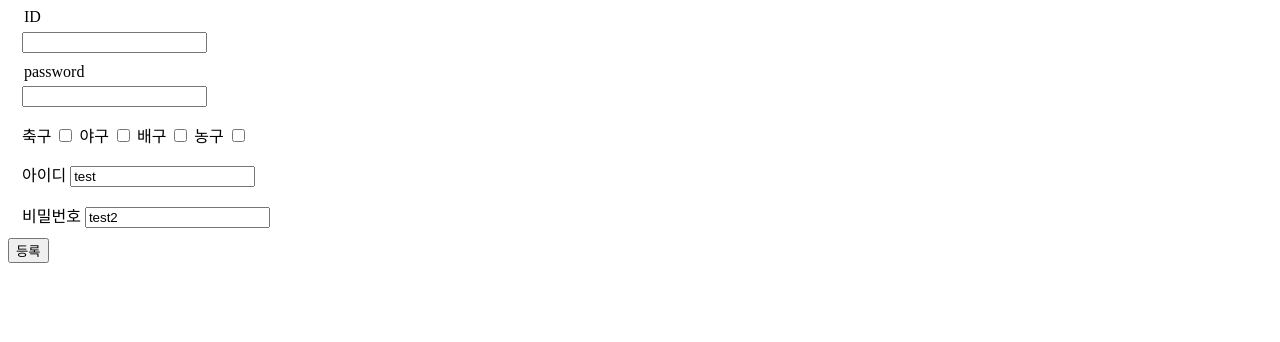
Repository: mireu930/Serverlet_App
Page: src/build/classes/webapp/template/sample_form.html
An editor plug-in stored every save of this project. The page is shown before and after the next save, followed by the edit.
The browser window is 1280 px wide. The pictures show the whole page.

Above is the page before, as saved 2025-02-07 16:20:15.

### src/build/classes/webapp/template/sample_form.html
<!DOCTYPE html>
<html lang="en">
<head>
  <meta charset="UTF-8">
  <meta name="viewport" content="width=device-width, initial-scale=1.0">
  <title>Document</title>
  <style>
    fieldset {
      border:0;
    }
  </style>
</head>
<body>
  <form>
    <fieldset>
      <legend>ID</legend>
      <input type = "text">
    </fieldset>
    <fieldset>
      <legend>password</legend>
      <input type = "password">

    </fieldset>
    <fieldset>

      <label for ="p1">축구</label>
      <input type = "checkbox" id = "p1">
      <label for ="p2">야구</label>
      <input type = "checkbox" id = "p2">
      <label for ="p3">배구</label>
      <input type = "checkbox" id = "p3">
      <label for ="p4">농구</label>
      <input type = "checkbox" id = "p4">
    </fieldset>

    <fieldset>
      <label>아이디</label>
        <input type = "text" name = "department_name" value = "test">
    </fieldset>
    <fieldset>
      <label>비밀번호</label>
      <input type = "text" name = "manager_id" value = "test2">
    </fieldset>

      <input type = "submit" value ="등록">


  </form>
</body>
</html>

After the next save:
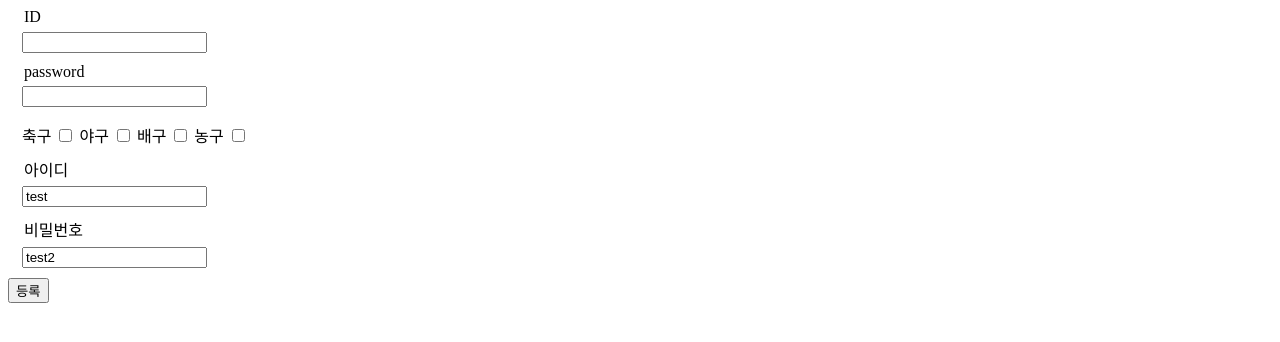
Saved 64 s later.
--- a/src/build/classes/webapp/template/sample_form.html
+++ b/src/build/classes/webapp/template/sample_form.html
@@ -34,11 +34,11 @@
     </fieldset>
 
     <fieldset>
-      <label>아이디</label>
+      <legend>아이디</legend>
         <input type = "text" name = "department_name" value = "test">
     </fieldset>
     <fieldset>
-      <label>비밀번호</label>
+      <legend>비밀번호</legend>
       <input type = "text" name = "manager_id" value = "test2">
     </fieldset>
 
